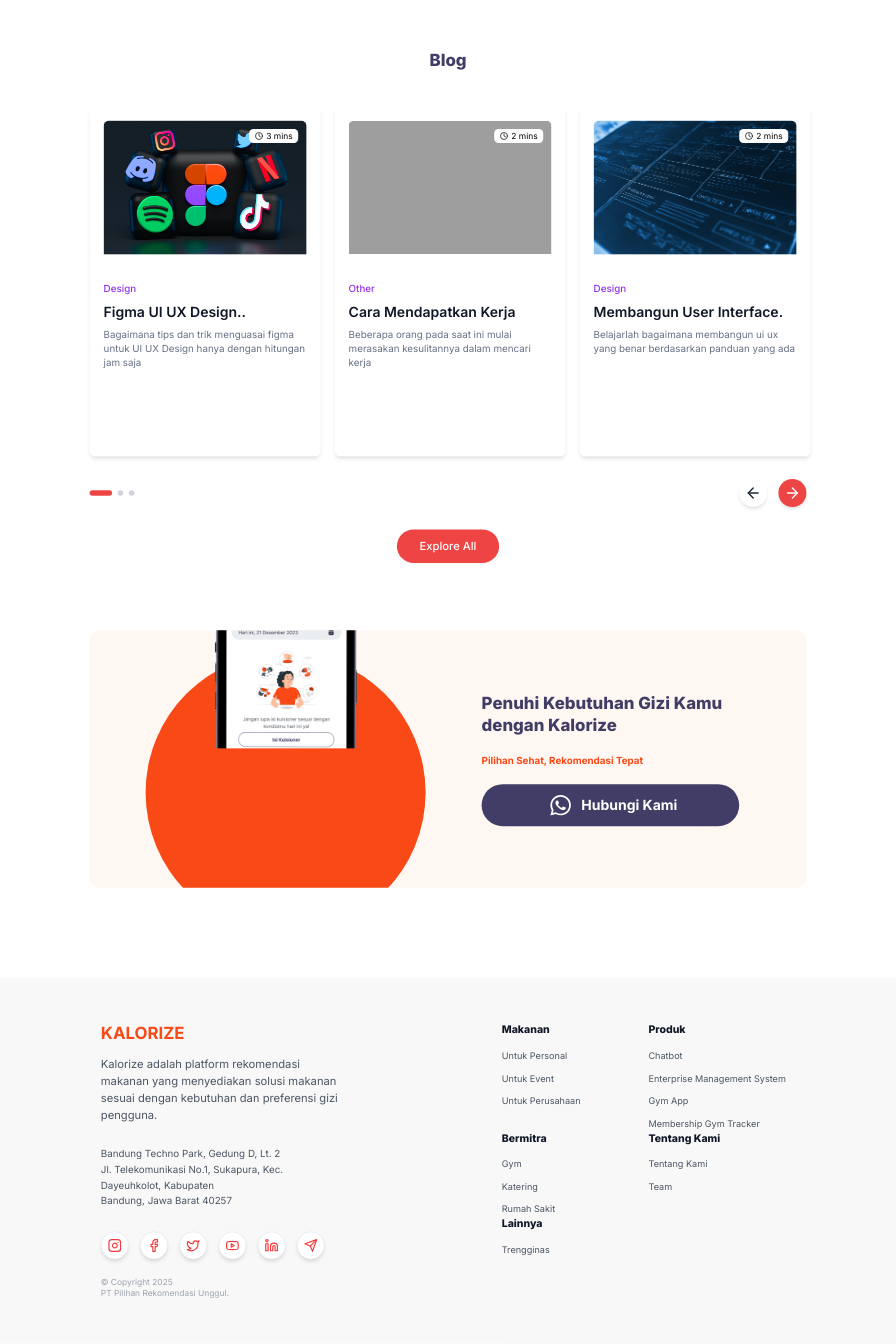
Repository: kalorizeofficial/new-main-web-kalorize
Page: /
These files come from the project's save history. The page is drawn as it stood at one moment and after the next save; the edit follows.
The browser window is 1280 px wide. The pictures show the part of the page from y = 1095 to 3015 px (the page is 3015 px tall), at 70% of full size.
Pictures or frames that could not be fetched are drawn as grey boxes. The project was rebuilt for these pictures with package versions that can differ from the ones it lists, and the page was loaded fresh each time.

Above is the page before, as saved 2025-03-01 01:54:34.

After the next save:
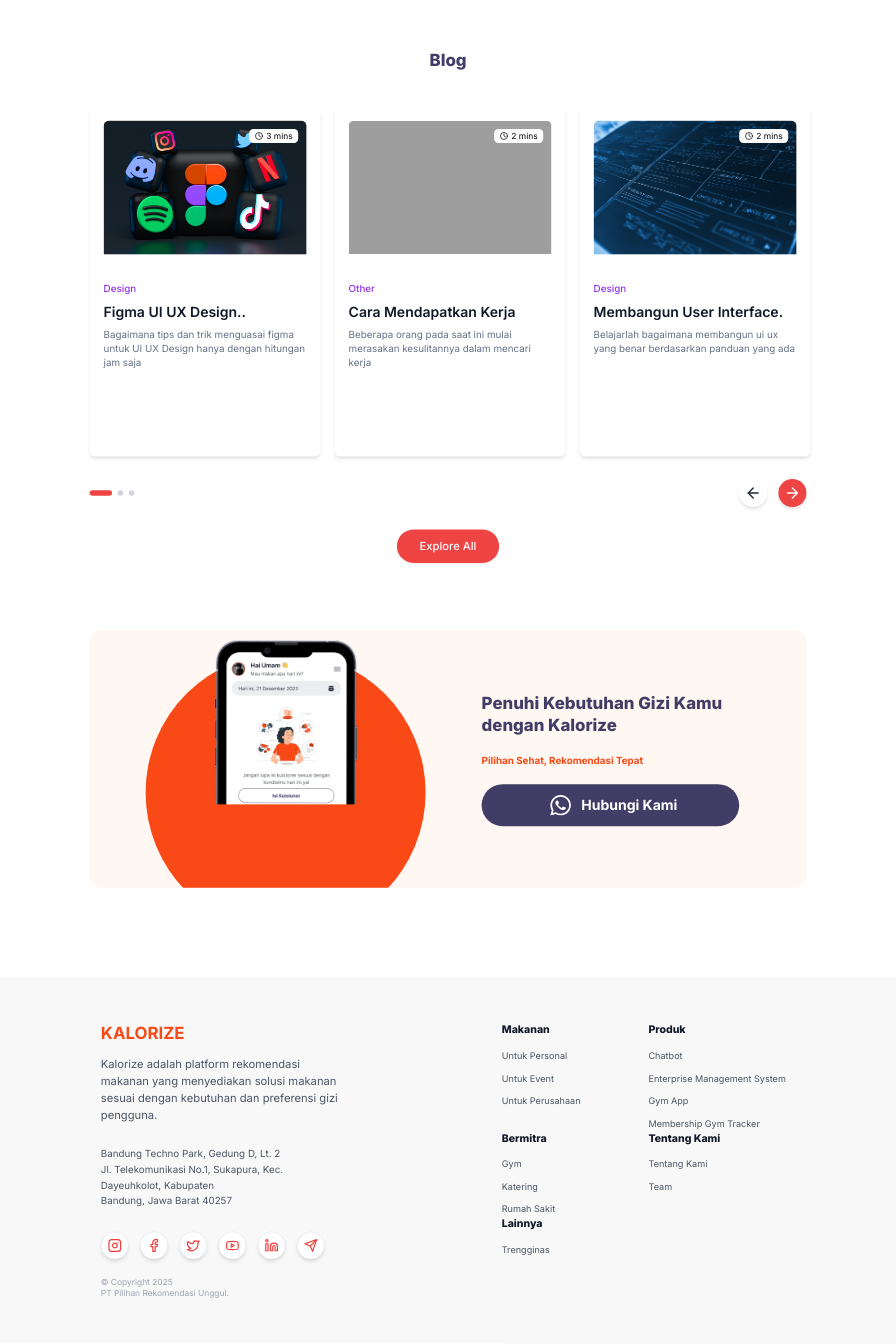
Saved 12 s later.
--- a/src/pages/contact.jsx
+++ b/src/pages/contact.jsx
@@ -15,7 +15,7 @@
               <img
                 src="/phone.png" // Replace with your actual image path
                 alt="Kalorize App"
-                className="absolute top-[20px] left-1/2 transform -translate-x-1/2 -translate-y-1/2 w-[187px] md:w-[204px]"
+                className="absolute top-[100px] left-1/2 transform -translate-x-1/2 -translate-y-1/2 w-[187px] md:w-[204px]"
               />
             </div>
 
